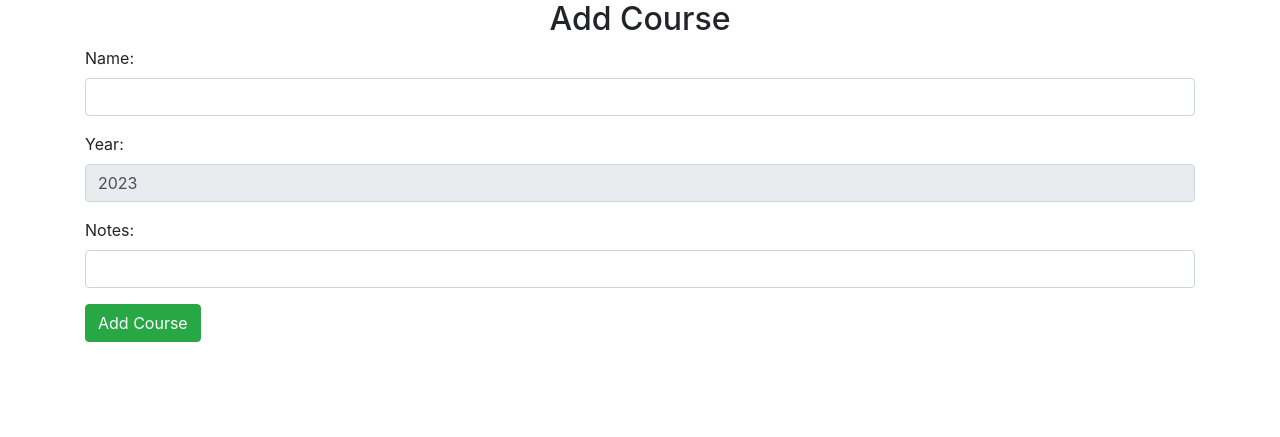
Repository: USTriett/Java-Servlet-JDBC-JSP-
Page: http://localhost/StudentManageServlet/addcourse
An editor plug-in stored every save of this project. The page is shown before and after the next save, followed by the edit.
The browser window is 1280 px wide. The pictures show the whole page.
The page is served by Tomcat 9.

Above is the page before, as saved 2023-04-20 12:30:46.

After the next save:
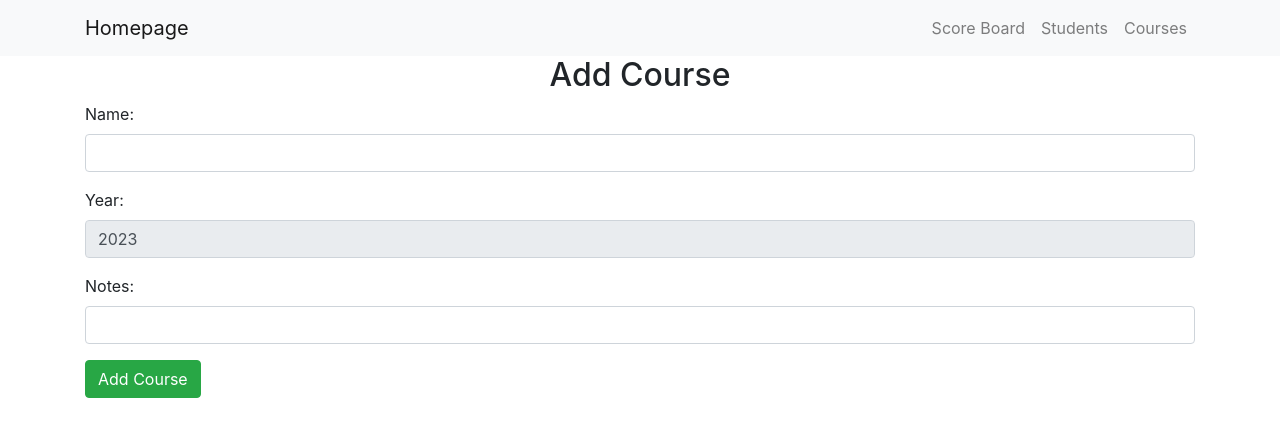
Saved 64 s later.
--- a/StudentManageServlet/src/main/webapp/WebContent/AddCourse.jsp
+++ b/StudentManageServlet/src/main/webapp/WebContent/AddCourse.jsp
@@ -20,6 +20,31 @@
 	<meta charset="UTF-8">
 </head>
 <body>
+<nav class="navbar navbar-expand-lg navbar-light bg-light">
+        <div class="container">
+            <!-- Brand/logo -->
+            <a class="navbar-brand" href="./">Homepage</a>
+            <!-- Toggle button for mobile devices -->
+            <button class="navbar-toggler " type="button" data-toggle="collapse" data-target="#navbarNav"
+                    aria-controls="navbarNav" aria-expanded="false" aria-label="Toggle navigation">
+                <span class="navbar-toggler-icon"></span>
+            </button>
+            <!-- Menu items -->
+            <div class="collapse navbar-collapse" id="navbarNav">
+                <ul class="navbar-nav ml-auto">
+                	<li class="nav-item">
+                        <a class="nav-link" href="./ScoreBoard">Score Board</a>
+                    </li>
+                    <li class="nav-item">
+                        <a class="nav-link" href="./ListStudent">Students</a>
+                    </li>
+                    <li class="nav-item">
+                        <a class="nav-link" href="./courses">Courses</a>
+                    </li>
+                </ul>
+            </div>
+        </div>
+    </nav>
 	<div class="container">
 		<div class="panel panel-primary">
 			<div class="panel-heading">
